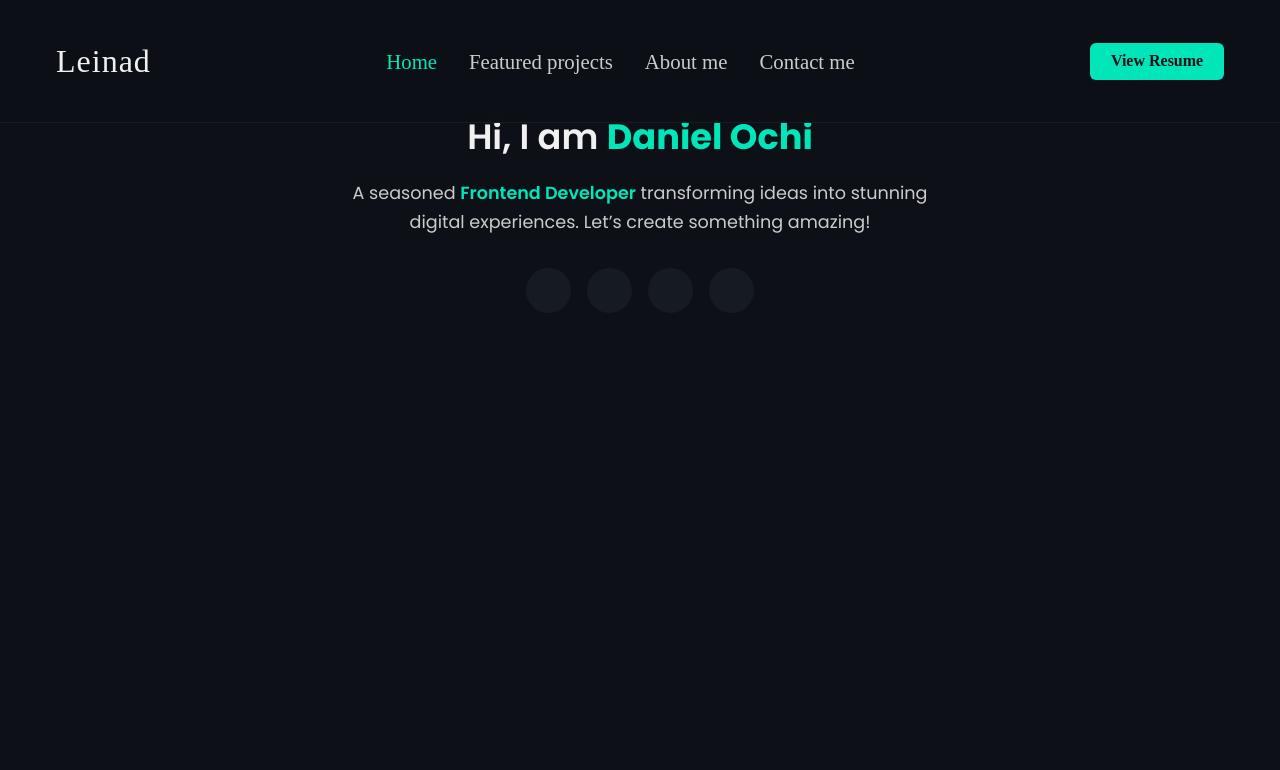
Repository: Austinokezie/Myportfolio
Page: index.html
These files come from the project's save history. The page is drawn as it stood at one moment and after the next save; the edit follows.
The browser window is 1280 px wide. The pictures show the whole page.
Some web fonts or font styles are not loaded; a fallback is used.

Above is the page before, as saved 2025-10-14 13:19:13.

After the next save:
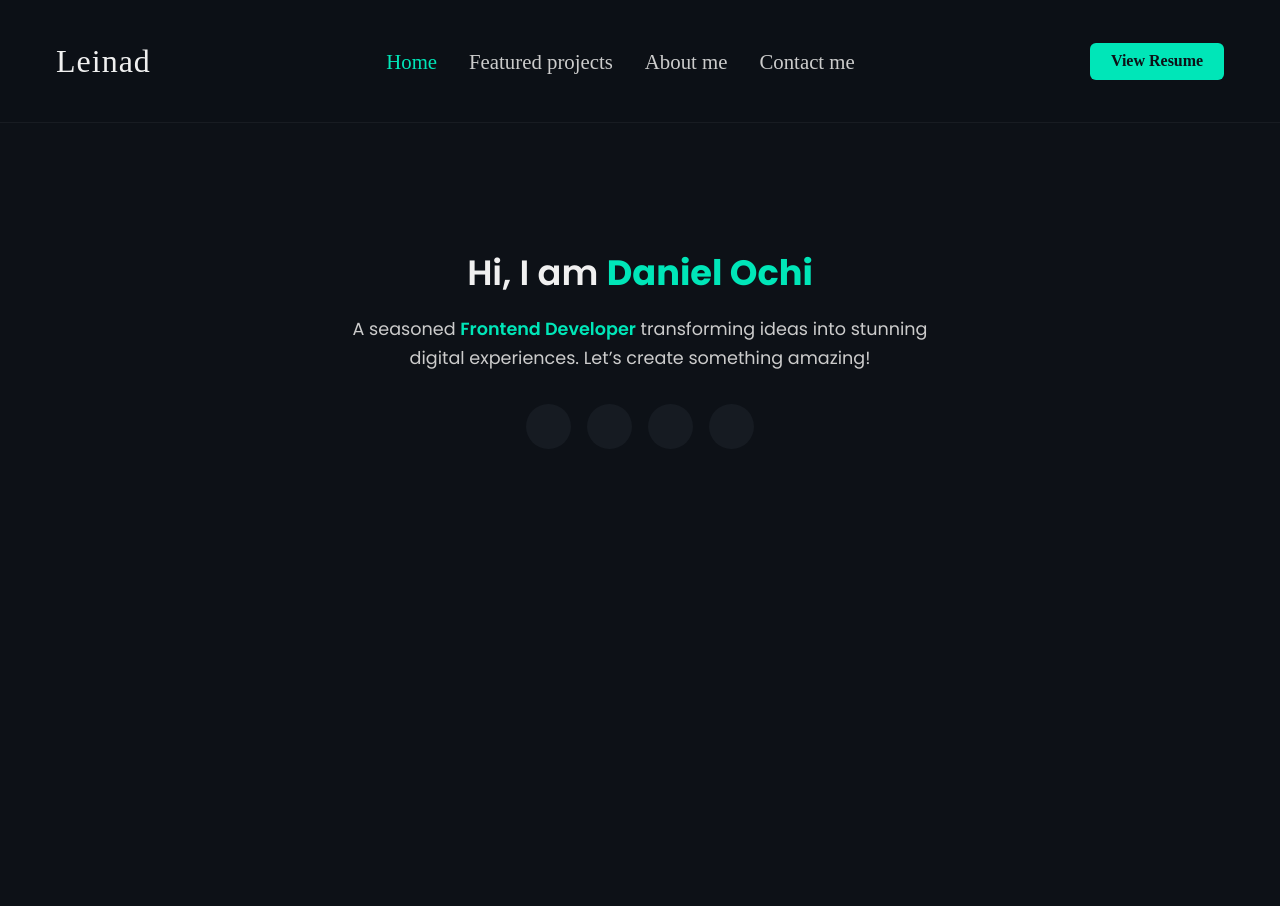
Saved 21 s later.
--- a/style.css
+++ b/style.css
@@ -114,7 +114,7 @@ header {
 .intro {
   text-align: center;
   padding: 2rem;
-  margin-top: 8rem;
+  margin-top: 400px;
 }
 
 .intro h1 {
